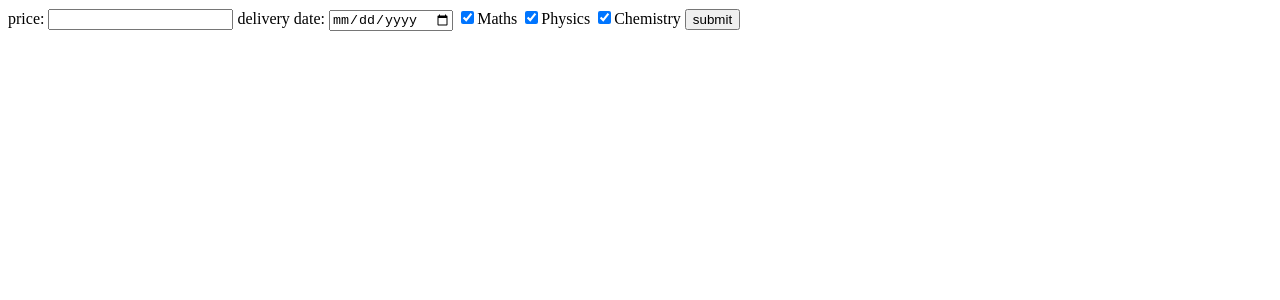
Repository: Kaivalya1997/kaivalyaprojects
Page: http://localhost/dynamicProject/
These files come from the project's save history. The page is drawn as it stood at one moment and after the next save; the edit follows.
The browser window is 1280 px wide. The pictures show the whole page.
The page is served by Tomcat 9.

Above is the page before, as saved 2019-01-25 10:16:48.

After the next save:
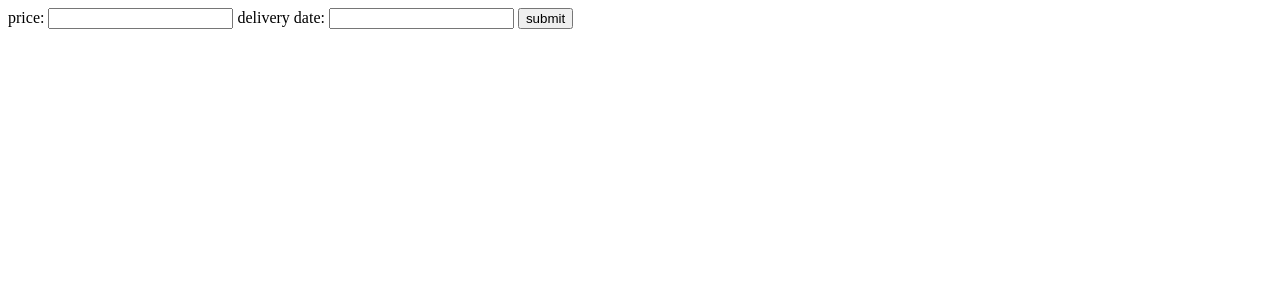
Saved 3 min 5 s later.
--- a/25-jan/dynamicProject/WebContent/index.jsp
+++ b/25-jan/dynamicProject/WebContent/index.jsp
@@ -8,11 +8,9 @@
 </head>
 <body>
 	<form action='hello' method='POST'>
-		price: <input name='price' /> delivery date: <input
-			name='deliverydate' type='date' /> <input type="checkbox"
-			name="subjects" checked="checked" value='math' />Maths <input
-			type="checkbox" name="subjects" checked="checked" value='math' />Physics
-		<input type="checkbox" name="subjects" checked="checked" value='math' />Chemistry
+		 price: <input name='price' />
+		 delivery date: <input name='id'/>
+
 		<input type="submit" value='submit' />
 	</form>
 
